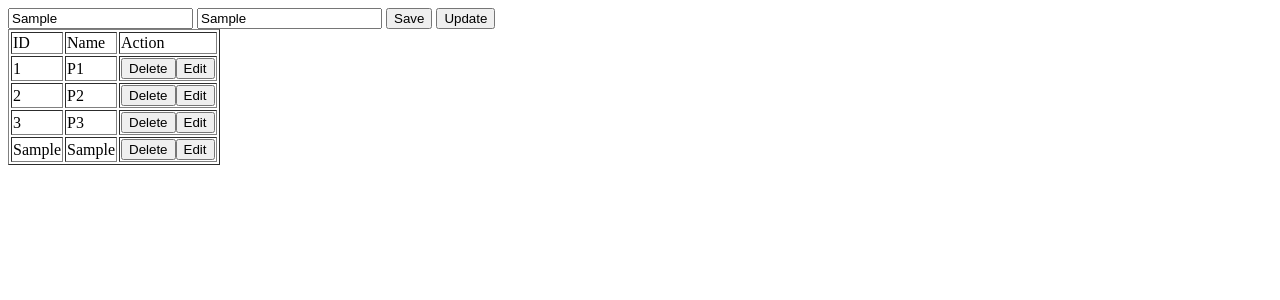
Repository: minhtuan16/JS-Basic
Page: JavaScript Begin/htmldom.html
An editor plug-in stored every save of this project. The page is shown before and after the next save, followed by the edit.
The browser window is 1280 px wide. The pictures show the whole page.
Empty fields were first filled with sample values (such as "Sample", 5 or name@example.com).
After loading, the first visible `#updateBtn` was clicked once.

Above is the page before, as saved 2022-06-03 20:55:10.

### JavaScript Begin/htmldom.html
<!DOCTYPE html>
<html lang="en">
<head>
    <meta charset="UTF-8">
    <meta http-equiv="X-UA-Compatible" content="IE=edge">
    <meta name="viewport" content="width=device-width, initial-scale=1.0">
    <title>Document</title>
</head>
<body>
    <form action="" id="form">
        <input type="text" id="id" value="">
        <input type="text" id="name" value="">
        <button type="button" id="saveBtn" onclick="create()">Save</button>
        <button type="button" id="updateBtn" onclick="update()">Update</button>
    </form>
    <table border="1px">
        <tr>
            <td>ID</td>
            <td>Name</td>
            <td>Action</td>
        </tr>

        <tbody id="tableBody">

        </tbody>
    </table>

    <script>
        var data = [
            {id:1, name:"P1"},
            {id:2, name:"P2"},
            {id:3, name:"P3"}
        ]

        function drawTr(person) {
            var tr = document.createElement("tr");
            var tdId = document.createElement("td");
            var tdName = document.createElement("td");
            var tdOption = document.createElement("td");

            var delBtn = document.createElement("button");
            var editBtn = document.createElement("button");

            delBtn.innerText = 'Delete';
            editBtn.innerText = 'Edit';

            //bat su kien
            delBtn.onclick = function() {
                deletePerson(person.id);
            }

            editBtn.onclick = function() {
                editPerson(id);
            }

            // dung ham nay de bat su kien cung duoc
            // delBtn.addEventListener("click", function() {
            //     deletePerson(person.id);
            // })

            tdOption.appendChild(delBtn); //appendChild la nhet them nut delete vao trong cot
            tdOption.appendChild(editBtn);

            tdId.innerHTML = person.id;
            tdName.innerHTML = person.name;

            tr.appendChild(tdId);
            tr.appendChild(tdName);
            tr.appendChild(tdOption);

            var tableBody = document.getElementById("tableBody");
            tableBody.appendChild(tr);
        }

        function resetDrawTable(persons) {

            var tableBody = document.getElementById("tableBody");
            tableBody.innerHTML = "";

            for(var i = 0; i < persons.length; i++) {
                drawTr(persons[i]);
            }
        }

        //goi ham in ra toan bo mang
        // resetDrawTable(data);

        // doc du lieu tu form ben tren
        function create() {

            var idInput = document.getElementById("id");
            var nameInput = document.getElementById("name");
            // var saveInput = document.getElementById("saveBtn");

            var id = idInput.value;
            var name = nameInput.value;

            var p = {id: id, name: name};

            data.push(p);
            // var data1 = [];
            // data1.push(p);

            resetDrawTable(data);
        }

        function deletePerson(id) {
            // let index = data1.findIndex(p => p.id == id); // loc duoc id
            // data1.splice(index, 1);

            // loc ra person co id khac id muon xoa
            var newData = data.filter(p => p.id != id);

            data = newData;
            resetDrawTable(data)

        }

        function editPerson(id) {

            // tim person co id
            // cach 1
            // var newData = data.filter(x => x.id == id)

            // data = newData

            // resetDrawTable(data)

            // cach 2
            var index = data.findIndex(x => x.id == id);
            let person = data[index];

            //day du lieu len form
            var idInput = document.getElementById("id");
            var nameInput = document.getElementById("name");

            idInput.value = person.id
            nameInput.value = person.name
        }

        function update() {

            var idInput = document.getElementById("id");
            var nameInput = document.getElementById("name");
            // var saveInput = document.getElementById("saveBtn");

            var id = idInput.value;
            var name = nameInput.value;

            var p = {id: id, name: name};

            data.push(p);
            // var data1 = [];
            // data1.push(p);

            resetDrawTable(data);
        }
    </script>
</body>
</html>

After the next save:
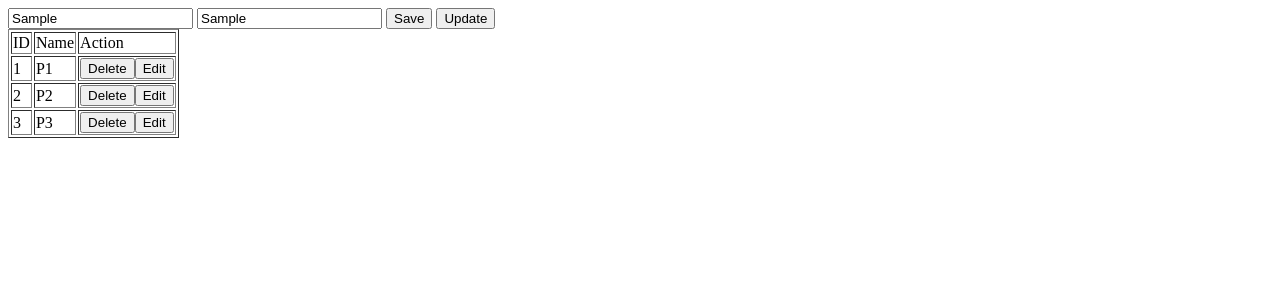
Saved 3 min 9 s later.
--- a/JavaScript Begin/htmldom.html
+++ b/JavaScript Begin/htmldom.html
@@ -147,9 +147,9 @@
             var id = idInput.value;
             var name = nameInput.value;
 
-            var p = {id: id, name: name};
+            var newData = data.filter(p => p.id != id);
 
-            data.push(p);
+            newData.push({id: id, name: name});
             // var data1 = [];
             // data1.push(p);
 

After the save that followed:
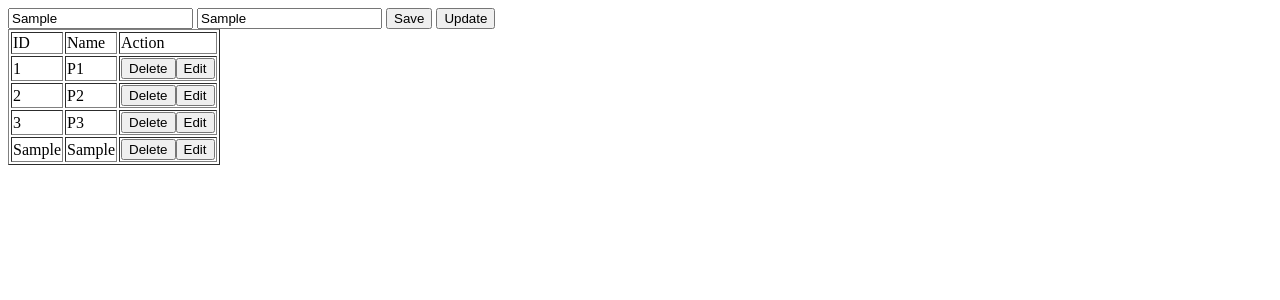
Saved 37 s later.
--- a/JavaScript Begin/htmldom.html
+++ b/JavaScript Begin/htmldom.html
@@ -147,9 +147,12 @@
             var id = idInput.value;
             var name = nameInput.value;
 
+            // xoa thang cu di
             var newData = data.filter(p => p.id != id);
+            newData.push({id: id, name: name});
 
-            newData.push({id: id, name: name});
+            // luu lai thang moi
+            data = newData
             // var data1 = [];
             // data1.push(p);
 
